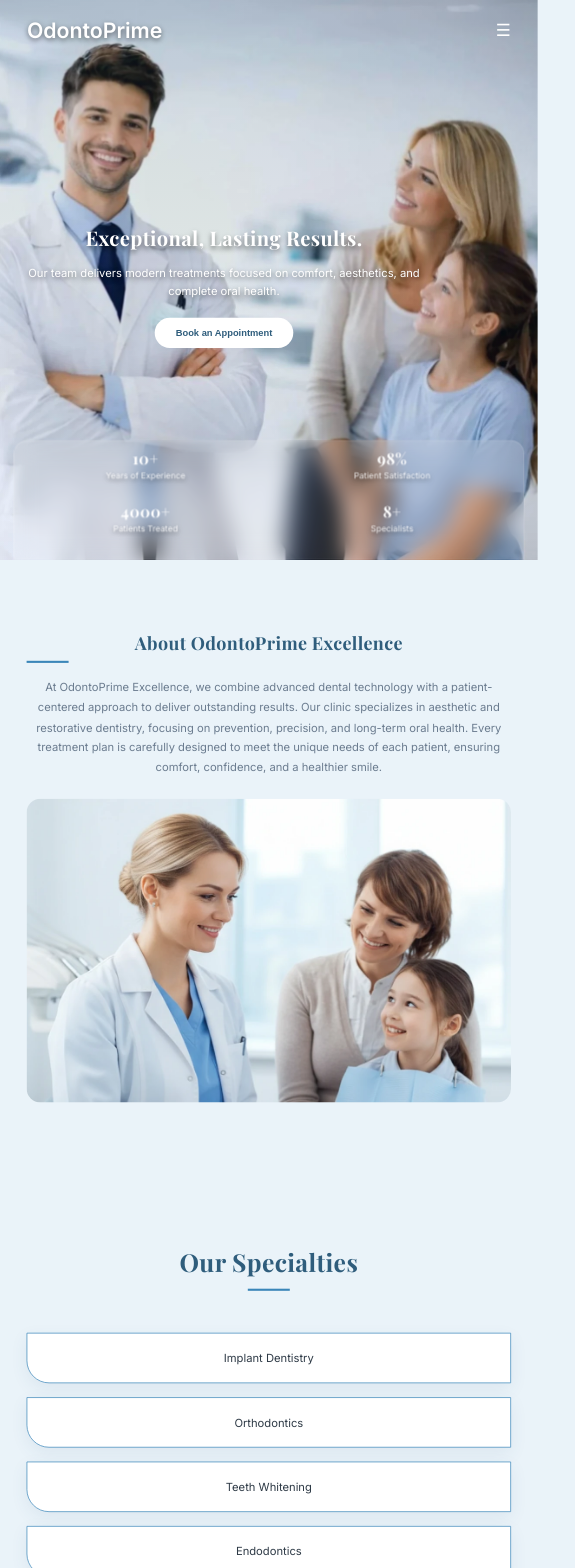
Repository: davidfsillva/OdontoPrime
Page: index.html
These files come from the project's save history. The page is drawn as it stood at one moment and after the next save; the edit follows.
The browser window is 768 px wide. The page is 768 px wide, then 822 px, then 768 px, so the pictures cover 822 px, including what lies to the right of the window. The pictures show the part of the page from y = 0 to 2240 px (the page is 3846 px tall), at 70% of full size.

Above is the page before, as saved 2026-02-17 09:11:56.

### index.html
<!DOCTYPE html>
<html lang="en">
<head>
<meta charset="UTF-8">
<meta name="viewport" content="width=device-width, initial-scale=1.0">
<title>OdontoPrime Excellence</title>

<link rel="stylesheet" href="style.css">
<link href="https://fonts.googleapis.com/css2?family=Inter:wght@300;400;500;600&family=Playfair+Display:wght@600;700&display=swap" rel="stylesheet">
</head>


<body>

<header>
    <div class="container nav-container">
        <div class="logo">OdontoPrime</div>

        <nav id="nav">
            <a href="index.html" class="active">Home</a>
            <a href="about.html">About</a>
            <a href="services.html">Services</a>
            <a href="contact.html">Contact</a>
        </nav>

        <div class="menu-toggle" onclick="toggleMenu()">☰</div>
    </div>
</header>

<!-- HERO -->
<section class="hero">
    <div class="container hero-content">
        <div class="hero-text">
            <h1>
                Exceptional, Lasting Results.
            </h1>

            <p>
                Our team delivers modern treatments focused on comfort,
                aesthetics, and complete oral health.
            </p>

            <button class="btn">Book an Appointment</button>
        </div>
    </div>

    <!-- GLASS CARD STATS -->
    <div class="hero-stats">
        <div class="stat-item">
            <h2>10+</h2>
            <p>Years of Experience</p>
        </div>

        <div class="stat-item">
            <h2>98%</h2>
            <p>Patient Satisfaction</p>
        </div>

        <div class="stat-item">
            <h2>4000+</h2>
            <p>Patients Treated</p>
        </div>

        <div class="stat-item">
            <h2>8+</h2>
            <p>Specialists</p>
        </div>
    </div>
</section>

<!-- ABOUT PREVIEW -->
<section class="about-preview">
    <div class="container about-grid">
        <div class="about-text">
            <h2>About OdontoPrime Excellence</h2>
            <p>
                At OdontoPrime Excellence, we combine advanced dental technology with a patient-centered approach to deliver outstanding results.
                Our clinic specializes in aesthetic and restorative dentistry, focusing on prevention, precision, and long-term oral health.
                Every treatment plan is carefully designed to meet the unique needs of each patient, ensuring comfort, confidence, and a healthier smile.
            </p>
        </div>

        <div class="about-image">
            <img src="img/md.cl.webp" alt="Professional dentist">
        </div>
    </div>
</section>

<!-- SPECIALTIES -->
<section class="departments">
    <div class="container">
        <h2>Our Specialties</h2>

        <div class="dept-grid">
            <div class="card">Implant Dentistry</div>
            <div class="card">Orthodontics</div>
            <div class="card">Teeth Whitening</div>
            <div class="card">Endodontics</div>
            <div class="card">Pediatric Dentistry</div>
            <div class="card">Oral Surgery</div>
        </div>
    </div>
</section>

<!-- WHY CHOOSE US -->
<section class="why-us">
    <div class="container">
        <h2>Why Choose OdontoPrime?</h2>

        <div class="dept-grid">

            <div class="card why-card">
                <img src="img/tecn.png" alt="Modern dental technology">
                <div class="card-content">
                    <h3>Modern Technology</h3>
                    <p>Advanced equipment for precise and comfortable treatments.</p>
                </div>
            </div>

            <div class="card why-card">
                <img src="img/expd.png" alt="Experienced dentist">
                <div class="card-content">
                    <h3>Experienced Dentists</h3>
                    <p>Highly trained professionals dedicated to your smile.</p>
                </div>
            </div>

            <div class="card why-card">
                <img src="img/conft.png" alt="Patient comfort">
                <div class="card-content">
                    <h3>Comfort-Focused Care</h3>
                    <p>A relaxing environment designed entirely around patient well-being.</p>
                </div>
            </div>


        </div>
    </div>


        <div>
            <a href="services.html" class="btn-view">View All Services</a>
        </div>
    </div>

</section>

<footer>
    <p>© 2026 OdontoPrime - All Rights Reserved</p>
</footer>

<!-- BOTÃO VOLTAR AO TOPO -->
<a href="#" class="back-to-top" id="backToTop">↑</a>

<script src="script.js"></script>


</body>
</html>

### style.css
:root{

    --primary-blue: #2F5D7C;
    --secondary-blue: #4F7FA3;
    --accent-blue: #3A86B9;

    --bg-light: #EAF3F9;
    --white: #FFFFFF;
    --off-white: #E6EEF5;

    --text-dark: #2E3A46;
    --text-medium: #6B7C8F;

    --hero-gradient-start: rgba(47, 93, 124, 0.95);
    --hero-gradient-end: rgba(79, 127, 163, 0.85);

    --shadow-soft: 0 5px 20px rgba(47, 93, 124, 0.08);
}

*{
    margin:0;
    padding:0;
    box-sizing:border-box;
}

body{
    font-family:'Inter', sans-serif;
    background:var(--bg-light);
    color:var(--text-dark);
}

h1, h2, h3 {
    font-family: 'Playfair Display', serif;
    letter-spacing: 0.5px;
}


.container{
    width:90%;
    max-width:1200px;
    margin:auto;
}

/* HEADER */

nav{
    display:flex;
    align-items:center;
}

header{
    position:absolute;
    width:100%;
    padding:25px 0;
    z-index:1000;
    background:transparent;
}

.nav-container{
    display:flex;
    justify-content:space-between;
    align-items:center;
}

.logo{
    font-weight:700;
    font-size:1.9rem;
    color:var(--white);
    text-shadow: 0 3px 8px rgba(0, 0, 0, 0.5);
}

nav a{
    margin-left:25px;
    text-decoration:none;
    color:var(--white);
    font-weight:500;
    transition:0.3s;
}

nav a:hover{
    color:var(--accent-blue);
}

.menu-toggle{
    display:none;
    font-size:24px;
    cursor:pointer;
    color:var(--white);
}

nav a.active{
    color: var(--accent-blue);
    font-weight: 600;
    position: relative;
}

/* HERO */

.hero{
    min-height:100vh;
    display:flex;
    align-items:center;
    background:
    linear-gradient(to right,
    rgba(79, 127, 163, 0.438),
    rgba(58, 134, 185, 0.048)),
    url('img/hero.webp') center/cover no-repeat;
    color:var(--white);
    padding:0 0;
    position:relative;
}

.hero-content{
    width:100%;
}

.hero-text{
    max-width:600px;
}

.hero h1{
    font-size:2.8rem;
    margin-bottom:20px;
    font-weight:700;
    line-height:1.2;
    text-shadow: 0 3px 8px rgba(0, 0, 0, 0.5);
}

.hero p{
    margin-bottom:25px;
    max-width:500px;
    font-size:16px;
    line-height:1.6;
    color:var(--white);
    text-shadow: 0 3px 8px rgba(0, 0, 0, 0.5);
}

.hero-about{
    background: var(--primary-blue);
    min-height: 60vh;
}


/* HERO STATS */

.hero-stats{
    position:absolute;
    bottom:0px;
    left:60%;
    transform:translateX(-50%);
    width:90%;
    max-width:1100px;
    display:grid;
    grid-template-columns:repeat(auto-fit, minmax(180px,1fr));
    gap:20px;
    padding:25px 40px;
    background:rgba(255,255,255,0.15);
    backdrop-filter:blur(15px);
    -webkit-backdrop-filter:blur(15px);
    border-radius:20px 0px 0px 0px;
    border:1px solid rgba(255,255,255,0.2);
}

.stat-item{
    text-align:center;
    color:var(--white);
}

.stat-item h2{
    font-size:2rem;
    font-weight:700;
}

.stat-item p{
    font-size:0.9rem;
    opacity:0.9;
}

/* BUTTONS */

.btn{
    padding:14px 30px;
    background:var(--white);
    border:none;
    color:var(--primary-blue);
    font-weight:600;
    border-radius:30px;
    cursor:pointer;
    transition:0.3s;
}

.btn:hover{
    background:var(--accent-blue);
    color:var(--white);
    transform:translateY(-3px);
}

.btn-view {
    padding:14px 30px;
    background:var(--accent-blue);
    border:none;
    color:var(--white);
    font-weight:600;
    border-radius:30px;
    cursor:pointer;
    transition:0.3s;
    text-decoration: none;
    text-align: center;
    display: block;
    width: fit-content;
    margin:40px auto 0;
}

.btn-view:hover {
    transform: translateY(-5px);
    box-shadow: 0 15px 30px rgba(0,0,0,0.2);
}

/* ABOUT */
.about-image{
    position:relative;
    overflow:hidden;
}


.about-preview{
    padding:100px 0;
}

.about-grid{
    display:grid;
    grid-template-columns:1fr 1fr;
    gap:60px;
    align-items:center;
}

.about-text h2{
    font-size:2.2rem;
    color:var(--primary-blue);
    margin-bottom:20px;
    position:relative;
}

.about-text h2::after{
    content:"";
    width:60px;
    height:3px;
    background:var(--accent-blue);
    display:block;
    margin-top:10px;
}

.about-text p{
    font-size:16px;
    line-height:1.8;
    color:var(--text-medium);
}

.about-grid img:not(.lead-dentist){
    width:100%;
    border-radius:20px;
}

.lead-dentist {
    border-radius: 30px; /* cantos arredondados */
    width: 60%;
    height: auto;
    margin: 0 auto;
    box-shadow: 0 8px 20px rgba(0,0,0,0.2); /* opcional: sombra suave */
    display: flex;
    justify-content: center; /* centraliza horizontalmente */
    align-items: center;     /* centraliza verticalmente se tiver altura */
}

/* DEPARTMENTS */

.departments{
    padding:100px 0;
}

.departments h2{
    text-align:center;
    font-size:2.2rem;
    color:var(--primary-blue);
    margin-bottom:60px;
    position:relative;
}

.departments h2::after{
    content:"";
    width:60px;
    height:3px;
    background:var(--accent-blue);
    display:block;
    margin:15px auto 0;
}

.dept-grid{
    display:grid;
    grid-template-columns: repeat(auto-fit, minmax(280px, 1fr));
    gap:30px;
}


.card {
    background:var(--white);
    padding:35px 25px;
    text-align:center;
    border-radius:18px;
    box-shadow:0 8px 25px rgba(47,93,124,0.08);
    transition:0.3s ease;


    border-radius: 0 0 0 32px;
    border:1px solid #3A86B9;

}

.why-card{
    border: none;
}


.card:hover{
    transform:translateY(-6px);
    box-shadow:0 15px 35px rgba(47,93,124,0.15);
}

.card img{
    width:60px;
    margin-bottom:15px;
}

.card h3{
    font-size:18px;
    margin-bottom:12px;
    color:var(--primary-blue);
}

.card p{
    font-size:14px;
    line-height:1.6;
    color:var(--text-medium);
}

/* WHY SECTION FULL IMAGE CARDS */

.why-card {
    position: relative;
    overflow: hidden;
    padding: 0;
    height: 350px;
    border-radius: 20px;
}

.why-card img {
    width: 100%;
    height: 100%;
    object-fit: cover;
    display: block;
}

.why-card .card-content {
    position: absolute;
    bottom: 0;
    width: 100%;
    padding: 25px;
    background: linear-gradient(
        to top,
        rgba(0,0,0,0.75),
        rgba(0,0,0,0.2)
    );
    color: var(--white);
}

.why-card h3 {
    margin-bottom: 8px;
    color: var(--white);
}

.why-card p {
    color: rgba(255,255,255,0.9);
    font-size: 14px;
}


/* WHY US */

.why-us{
    padding:100px 0;
    background:var(--white);
}

.why-us h2{
    text-align:center;
    font-size:2.2rem;
    margin-bottom:60px;
    color:var(--primary-blue);
    position:relative;
}

.why-us h2::after{
    content:"";
    width:60px;
    height:3px;
    background:var(--accent-blue);
    display:block;
    margin:15px auto 0;
}

.contact-grid{
    display:grid;
    grid-template-columns:1fr 1fr;
    gap:60px;
    align-items:start;
}

/* BOTÃO VOLTAR AO TOPO */
.back-to-top {
    position: fixed;       /* fixa na tela */
    bottom: 30px;          /* distância do rodapé */
    right: 30px;           /* distância da borda direita */
    background: var(--accent-blue);
    color: var(--white);
    padding: 12px 18px;
    border-radius: 50px;   /* deixa arredondado */
    text-decoration: none;
    font-weight: 600;
    font-size: 12px;
    box-shadow: 0 8px 20px rgba(0,0,0,0.2);
    transition: 0.3s;
    opacity: 0;            /* inicialmente invisível */
    pointer-events: none;  /* não clicável até aparecer */
    z-index: 1000;
}

.back-to-top:hover {
    background: var(--off-white);
    transform: translateY(-3px);
    color: black;
}

/* quando visível */
.back-to-top.show {
    opacity: 1;
    pointer-events: auto;
}

/* CARDS ESPECÍFICOS DA PÁGINA ABOUT */
.departments.about-cards .card {
    border-radius: 20px;
    padding: 20px;
    box-shadow: 0 10px 25px rgba(47,93,124,0.1);
    transition: transform 0.3s ease, box-shadow 0.3s ease;
    text-align: center;
}

/* Hover */
.departments.about-cards .card:hover {
    transform: translateY(-5px);
    box-shadow: 0 15px 35px rgba(47,93,124,0.2);
}

/* Card titles and text */
.departments.about-cards .card h3 {
    font-size: 1.2rem;
    color: var(--primary-blue);
    margin: 15px 0 10px;
}

.departments.about-cards .card p {
    font-size: 0.95rem;
    line-height: 1.6;
    color: var(--text-medium);
}

/* Imagem maior e proporcional */
.departments.about-cards .card img {
    width: 70%;          /* ocupa toda a largura do card */
    height: 340px;        /* altura maior */
    object-fit: cover;    /* mantém proporção e recorta excesso */
    border-radius: 50px;  /* cantos arredondados */
    margin-bottom: 15px;  /* separação do texto */
}

/* SCROLL REVEAL */

.about-preview,
.departments,
.why-us,
.card {
    opacity: 0;
    transform: translateY(40px);
    transition: all 0.8s ease;
}

.reveal {
    opacity: 1 !important;
    transform: translateY(0) !important;
}


/* FOOTER */

footer{
    background:var(--primary-blue);
    color:var(--white);
    text-align:center;
    padding:30px;
    font-size:14px;
}

/* RESPONSIVE */

/* =========================
   RESPONSIVE
========================= */
@media (max-width: 768px) {

    /* NAVIGATION */
    nav {
        position: absolute;
        top: 80px;
        right: 0;
        background: var(--white);
        flex-direction: column;
        width: 200px;
        display: none;
        box-shadow: var(--shadow-soft);
    }

    nav a {
        padding: 15px;
        margin: 0;
        border-bottom: 1px solid var(--off-white);
        color: var(--text-dark);
    }

    nav.active {
        display: flex;
    }

    .menu-toggle {
        display: block;
    }

        /* HERO INTERNO (about, services, contact) */
    .hero-about,
    .hero-services,
    .hero-contact {
        min-height: 45vh;
        display: flex;
        align-items: center;
        justify-content: center;
        text-align: center;
        padding: 100px 20px 40px;
    }

    .hero-about h1,
    .hero-services h1,
    .hero-contact h1 {
        font-size: 1.6rem;
    }

    .hero-about p,
    .hero-services p,
    .hero-contact p {
        font-size: 0.95rem;
        max-width: 100%;
        margin: 0 auto;
    }

    /* ABOUT GRID */
    .about-grid {
        grid-template-columns: 1fr;
        gap: 30px;
        text-align: center;
    }

    .about-text h2 {
        font-size: 1.6rem;
    }

    /* DEPARTMENTS / SERVICES GRID */
    .dept-grid {
        grid-template-columns: 1fr;
        gap: 20px;
    }

    .card {
        padding: 25px 20px;
    }

    /* WHY SECTION */
    .why-us {
        padding: 70px 0;
    }

    .why-card {
        height: 280px;
    }

    /* CONTACT PAGE (caso tenha form grid) */
    .contact-grid {
        grid-template-columns: 1fr;
        gap: 30px;
    }

    .contact-form input,
    .contact-form textarea {
        width: 100%;
    }

    .hero {
        flex-direction: column;
        justify-content: center;
        align-items: center;
        text-align: center;
        padding: 20px 20px 0;
        background:
            linear-gradient(to top,
            rgba(47, 93, 124, 0.048),
            rgba(47, 93, 124, 0.2)),
            url('img/hero-mobile.webp') center/cover no-repeat;
    }



    .hero h1 {
        font-size: 1.8rem;
    }

    .hero p {
        max-width: 100%;
    }

    .hero-stats {
        left: 50%;
        transform: translateX(-50%);
        width: 95%;
        max-width: 100%;
        border-radius: 20px 20px 0 0;
        padding: 10px 12px 10px;
        gap: 1px;
        grid-template-columns: repeat(2, 1fr);
    }

    .stat-item h2 {
        font-size: 1.4rem;
    }

    .stat-item p {
        font-size: 0.75rem;
    }



}

### script.js
// =========================
// MOBILE MENU
// =========================
function toggleMenu() {
    document.getElementById("nav").classList.toggle("active");
}

// =========================
// BACK TO TOP
// =========================
const backToTopButton = document.getElementById('backToTop');

window.addEventListener('scroll', () => {
    if (window.scrollY > 300) {
        backToTopButton.classList.add('show');
    } else {
        backToTopButton.classList.remove('show');
    }
});

backToTopButton.addEventListener('click', (e) => {
    e.preventDefault();
    window.scrollTo({ top: 0, behavior: 'smooth' });
});

// =========================
// SCROLL REVEAL EFFECT
// =========================

const revealElements = document.querySelectorAll(
    '.about-preview, .departments, .why-us, .card, .hero-text'
);

const revealOnScroll = () => {
    const windowHeight = window.innerHeight;

    revealElements.forEach((el) => {
        const elementTop = el.getBoundingClientRect().top;

        if (elementTop < windowHeight - 80) {
            el.classList.add('reveal');
        }
    });
};

window.addEventListener('scroll', revealOnScroll);
window.addEventListener('load', revealOnScroll);

// =========================
// HERO FADE ON LOAD
// =========================
window.addEventListener('load', () => {
    const hero = document.querySelector('.hero-text');
    if (hero) {
        hero.style.opacity = 0;
        hero.style.transform = 'translateY(20px)';
        setTimeout(() => {
            hero.style.transition = 'all 0.8s ease';
            hero.style.opacity = 1;
            hero.style.transform = 'translateY(0)';
        }, 200);
    }
});

After the next save:
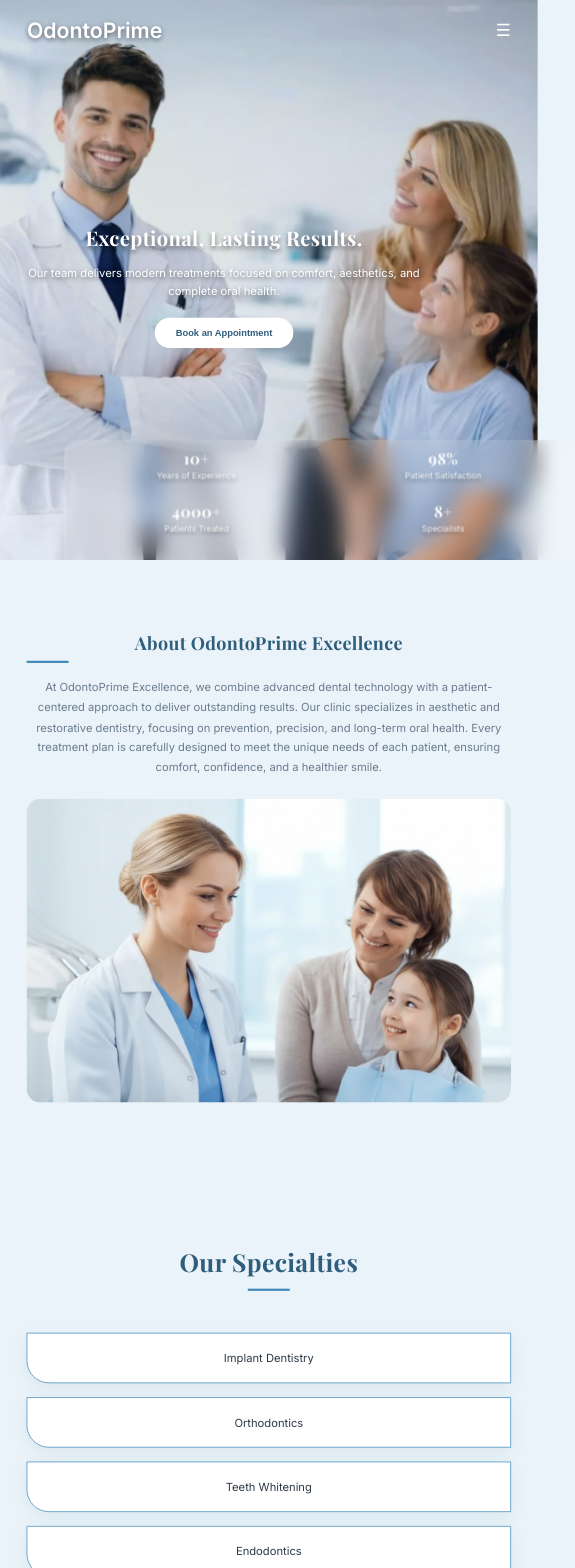
Saved 24 s later.
--- a/style.css
+++ b/style.css
@@ -636,7 +636,7 @@
 
     .hero-stats {
         left: 50%;
-        transform: translateX(-50%);
+        transform: translateX(-40%);
         width: 95%;
         max-width: 100%;
         border-radius: 20px 20px 0 0;

After the save that followed:
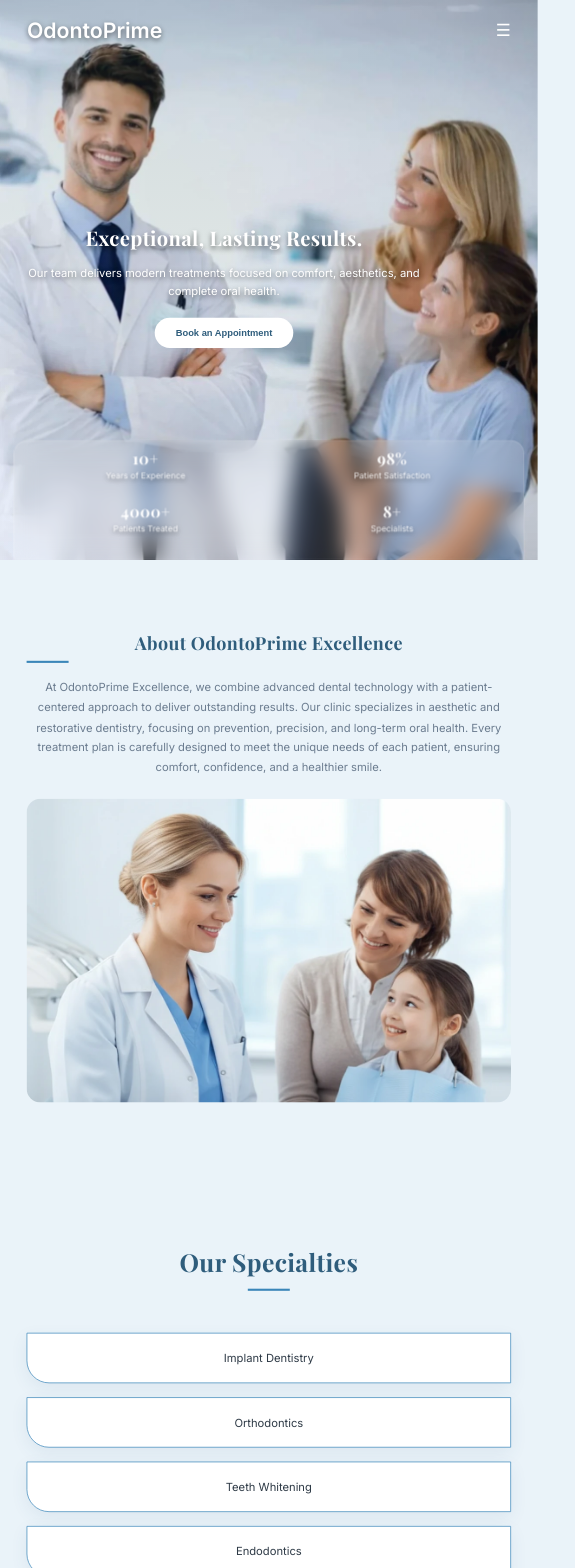
Saved 4 s later.
--- a/style.css
+++ b/style.css
@@ -636,7 +636,7 @@
 
     .hero-stats {
         left: 50%;
-        transform: translateX(-40%);
+        transform: translateX(-50%);
         width: 95%;
         max-width: 100%;
         border-radius: 20px 20px 0 0;
